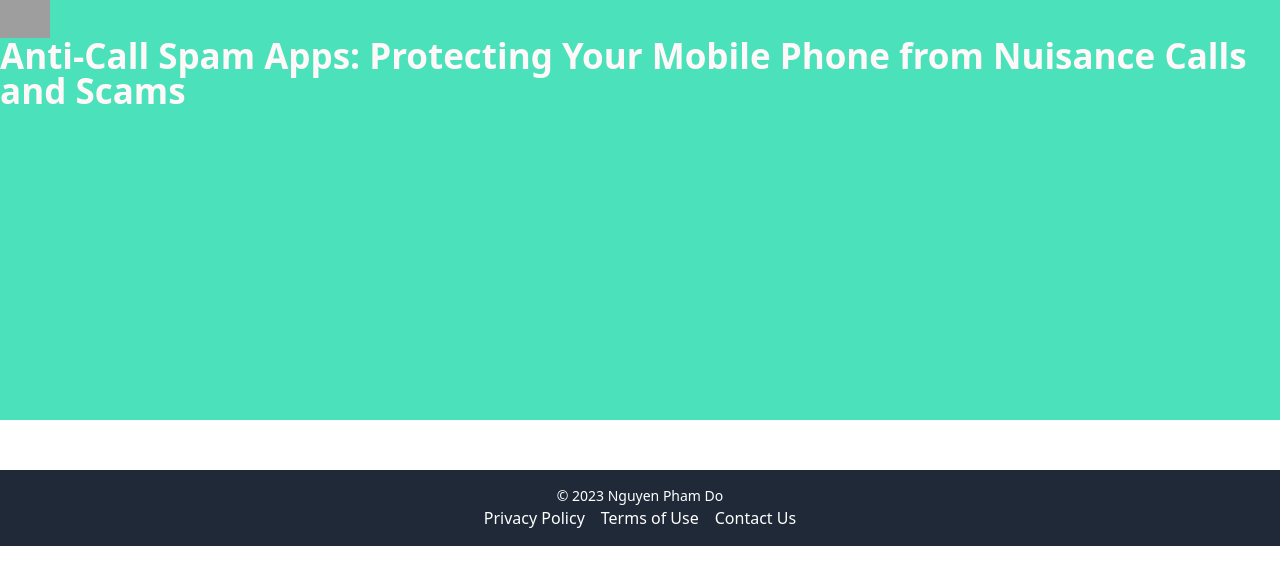
Repository: NPham1402/Web-user-callSpamBlocker
Page: /detail
The author's editor kept a copy of each file at every save. The page is drawn from the files as they stood at one save, then again after the next save.
The browser window is 1280 px wide. The pictures show the whole page.
Pictures or frames that could not be fetched are drawn as grey boxes. The project was rebuilt for these pictures with package versions that can differ from the ones it lists, and the page was loaded fresh each time. The framework's server and built-in components were replaced by stand-ins that run in the browser. Also part of the build but not shown: next.config.js.

Above is the page before, as saved 2023-02-09 20:27:29.

### pages/detail.js
import Head from "next/head";
import { useRouter } from "next/router";
import React from "react";

function detail() {
  const router = useRouter();
  const {
    query: { id },
  } = router;
  return (
    <>
      {" "}
      <Head>
        <title>Check number spam</title>
        <meta name="description" content="Generated by create next app" />
        <meta name="viewport" content="width=device-width, initial-scale=1" />
        <link rel="icon" href="/favicon.ico" />
      </Head>
      <main className="relative">
        <div className="w-100 h-[420px] bg-[#4BE1BA]">
          <img
            src="https://static.callblocker.org/img/logo.png"
            className=" w-[50px]"
          />
          <p className=" leading-none font-Raleway font-semibold text-[35px] text-[#FFF8F8] ">
            Anti-Call Spam Apps: Protecting Your Mobile Phone from Nuisance
            Calls and Scams
          </p>
        </div>
      </main>
      <footer class="bg-gray-800 mt-[50px] text-white py-4">
        <div class="container mx-auto">
          <p class="text-center text-sm">&copy; 2023 Nguyen Pham Do</p>
          <div class="flex justify-center">
            <a href="#" class="text-white mx-2">
              Privacy Policy
            </a>
            <a href="#" class="text-white mx-2">
              Terms of Use
            </a>
            <a href="#" class="text-white mx-2">
              Contact Us
            </a>
          </div>
        </div>
      </footer>
    </>
  );
}

export default detail;

### styles/globals.css
@tailwind base;
@tailwind components;
@tailwind utilities;
@import url('https://fonts.googleapis.com/css2?family=Raleway:ital&display=swap');

Loaded but not shown: pages/_app.js (common file); pages/_document.js (common file); tailwind.config.js (common file)

After the next save:
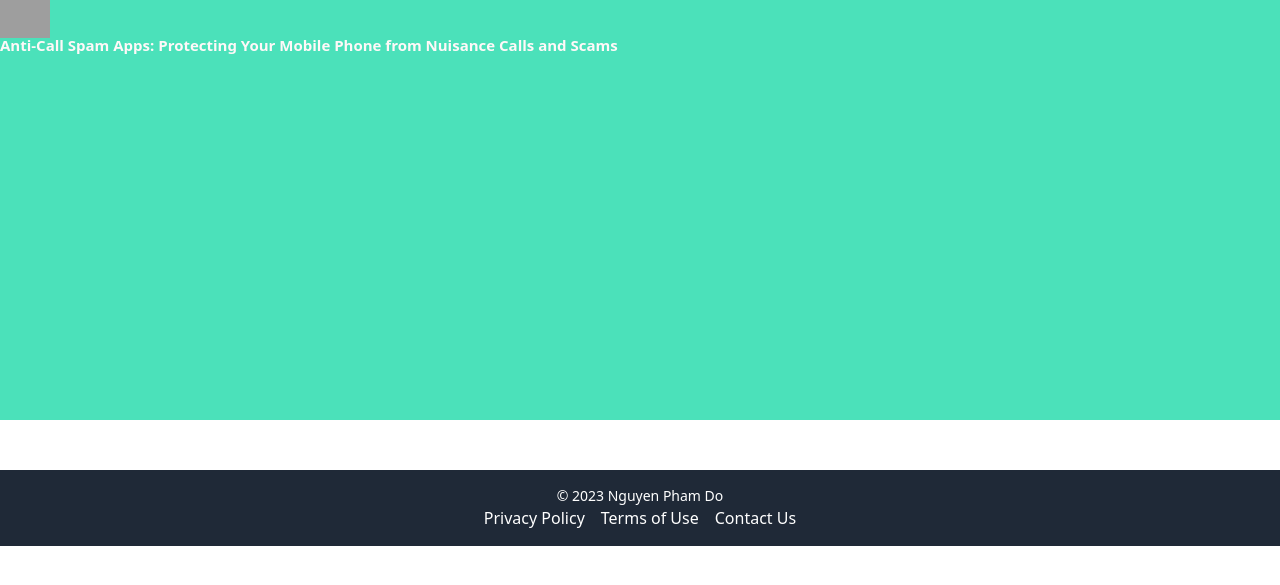
Saved 6 s later.
--- a/pages/detail.js
+++ b/pages/detail.js
@@ -22,7 +22,7 @@ function detail() {
             src="https://static.callblocker.org/img/logo.png"
             className=" w-[50px]"
           />
-          <p className=" leading-none font-Raleway font-semibold text-[35px] text-[#FFF8F8] ">
+          <p className=" leading-none font-Raleway font-semibold text-[15px] text-[#FFF8F8] ">
             Anti-Call Spam Apps: Protecting Your Mobile Phone from Nuisance
             Calls and Scams
           </p>
